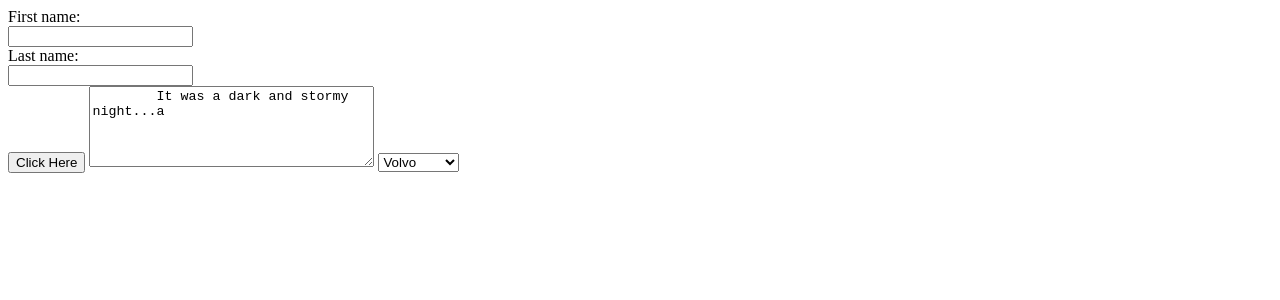
Repository: KANNAHWORLD/201Work
Page: lab9/Lab11/src/main/webapp/lab11.html
An editor plug-in stored every save of this project. The page is shown before and after the next save, followed by the edit.
The browser window is 1280 px wide. The pictures show the whole page.

Above is the page before, as saved 2022-11-16 20:54:08.

### lab9/Lab11/src/main/webapp/lab11.html
<!DOCTYPE html>
<html>
<head>
<meta charset="UTF-8">
<title>Insert title here</title>
</head>
<body>

<form action = "submit" method = "GET">

  <label for="fname">First name:</label><br>

  <input type="text" id="fname" name="fname"><br>

  <label for="lname">Last name:</label><br>
  <input type="text" id="lname" name="lname"><br>

  <input type = "submit" value = "Click Here" >

  <textarea id="story" name="story"
          rows="5" cols="33">
	It was a dark and stormy night...a
	</textarea>

	<select name="cars" id="cars">
	  <option value="volvo">Volvo</option>
	  <option value="saab">Saab</option>
	  <option value="mercedes">Mercedes</option>
	  <option value="audi">Audi</option>
	</select>

</form>

</body>
</html>

After the next save:
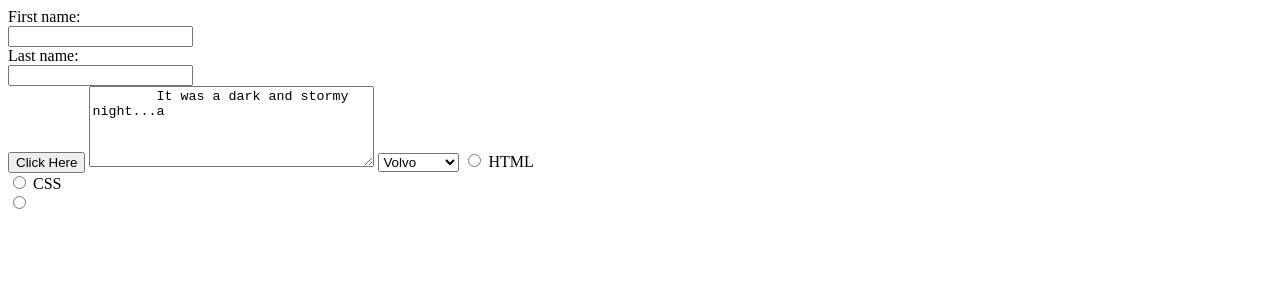
Saved 35 s later.
--- a/lab9/Lab11/src/main/webapp/lab11.html
+++ b/lab9/Lab11/src/main/webapp/lab11.html
@@ -29,6 +29,12 @@
 	  <option value="audi">Audi</option>
 	</select>
 
+	<input type="radio" id="html" name="fav_language" value="HTML">
+		<label for="html">HTML</label><br>
+		<input type="radio" id="css" name="fav_language" value="CSS">
+		<label for="css">CSS</label><br>
+	<input type="radio" id="javascript" name="fav_language" value="JavaScript">
+
 </form>
 
 </body>
